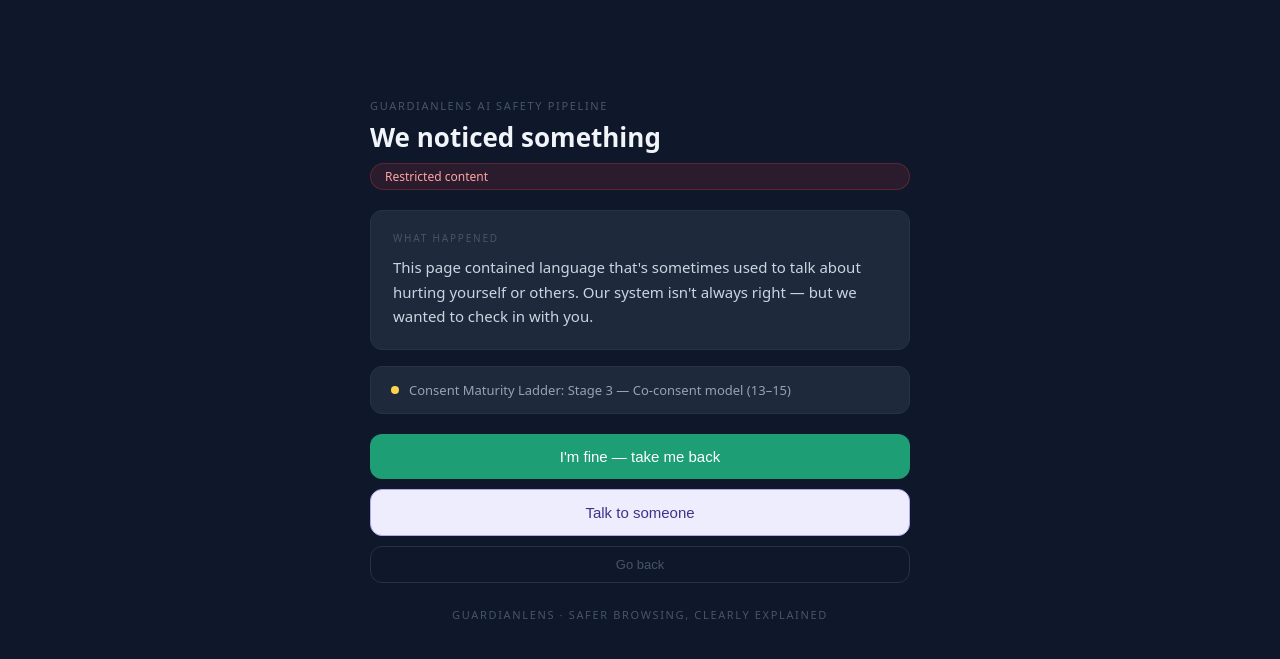
Repository: VerinaAyman/guardiancore
Page: app-extension/blocked.html
An editor plug-in stored every save of this project. The page is shown before and after the next save, followed by the edit.
The browser window is 1280 px wide. The pictures show the whole page.

Above is the page before, as saved 2026-04-08 11:46:46.
Console error: TypeError: Cannot set properties of null (setting 'textContent')

### app-extension/blocked.html
<!doctype html>
<html lang="en">
<head>
  <meta charset="utf-8">
  <meta name="viewport" content="width=device-width, initial-scale=1.0">
  <title>GuardianLens — content check</title>
  <style>
    :root {
      --bg: #0f172a;
      --panel: #1e293b;
      --border: #243445;
      --text: #f1f5f9;
      --text-dim: #94a3b8;
      --text-faint: #475569;
      --teal: #0f6e56;
      --teal-light: #e1f5ee;
      --teal-text: #085041;
      --purple: #534ab7;
      --purple-light: #eeedfe;
      --purple-text: #3c3489;
      --amber: #854f0b;
      --amber-light: #faeeda;
      --amber-text: #633806;
      --radius: 12px;
    }
    * { box-sizing: border-box; margin: 0; padding: 0; }
    body {
      font-family: system-ui, -apple-system, 'Segoe UI', Roboto, sans-serif;
      min-height: 100vh;
      display: flex;
      align-items: center;
      justify-content: center;
      background: var(--bg);
      color: var(--text);
      -webkit-font-smoothing: antialiased;
      padding: 24px;
    }
    .container {
      width: 100%;
      max-width: 540px;
      display: flex;
      flex-direction: column;
      gap: 16px;
    }

    /* Header */
    .header { display: flex; flex-direction: column; gap: 6px; margin-bottom: 4px; }
    .brand { font-size: 11px; letter-spacing: .15em; text-transform: uppercase; color: var(--text-faint); }
    .title { font-size: 26px; font-weight: 600; color: var(--text); }
    .category-pill {
      display: inline-block;
      padding: 4px 14px;
      font-size: 12px;
      font-weight: 500;
      border-radius: 20px;
      background: rgba(239,68,68,.12);
      color: #fca5a5;
      border: 1px solid rgba(239,68,68,.25);
      margin-top: 2px;
    }

    /* Cards */
    .card {
      background: var(--panel);
      border: 1px solid var(--border);
      border-radius: var(--radius);
      padding: 20px 22px;
    }
    .card-label {
      font-size: 10px;
      letter-spacing: .18em;
      text-transform: uppercase;
      color: var(--text-faint);
      margin-bottom: 10px;
    }
    .narrative {
      font-size: 15px;
      line-height: 1.65;
      color: #cbd5e1;
    }

    /* Trigger tokens — XAI layer (Paper 30, 32) */
    .tokens-section { margin-top: 14px; }
    .tokens-label {
      font-size: 10px;
      letter-spacing: .15em;
      text-transform: uppercase;
      color: var(--text-faint);
      margin-bottom: 8px;
    }
    .tokens { display: flex; flex-wrap: wrap; gap: 6px; }
    .token {
      padding: 3px 10px;
      border-radius: 6px;
      font-size: 12px;
      font-weight: 500;
      background: rgba(239,68,68,.1);
      color: #fca5a5;
      border: 1px solid rgba(239,68,68,.2);
    }

    /* Maturity stage */
    .stage-card {
      background: var(--panel);
      border: 1px solid var(--border);
      border-radius: var(--radius);
      padding: 14px 20px;
      font-size: 13px;
      color: var(--text-dim);
      display: flex;
      align-items: center;
      gap: 10px;
    }
    .stage-dot {
      width: 8px; height: 8px;
      border-radius: 50%;
      background: #fcd34d;
      flex-shrink: 0;
    }

    /* Actions */
    .actions { display: flex; flex-direction: column; gap: 10px; margin-top: 4px; }
    .btn {
      width: 100%;
      padding: 14px 20px;
      border-radius: var(--radius);
      font-size: 15px;
      font-weight: 500;
      cursor: pointer;
      border: none;
      transition: opacity .15s;
      text-align: center;
    }
    .btn:hover { opacity: .88; }
    .btn:active { opacity: .75; }
    .btn-back {
      background: #1D9E75;
      color: #fff;
    }
    .btn-help {
      background: var(--purple-light);
      color: var(--purple-text);
      border: 1px solid #afa9ec;
    }
    .btn-go-back-simple {
      background: transparent;
      color: var(--text-faint);
      font-size: 13px;
      padding: 10px;
      border: 1px solid var(--border);
    }

    /* Help panel — shown when child clicks Talk to someone */
    .help-panel {
      background: var(--purple-light);
      border: 1px solid #afa9ec;
      border-radius: var(--radius);
      padding: 20px 22px;
      display: none;
    }
    .help-panel.visible { display: block; }
    .help-panel p {
      font-size: 14px;
      color: var(--purple-text);
      line-height: 1.6;
      margin-bottom: 12px;
    }
    .help-links { display: flex; flex-direction: column; gap: 8px; }
    .help-link {
      font-size: 13px;
      color: var(--purple);
      text-decoration: none;
      padding: 8px 12px;
      background: #fff;
      border-radius: 8px;
      border: 1px solid #cecbf6;
    }
    .help-link:hover { background: #eeedfe; }

    .footer {
      text-align: center;
      font-size: 11px;
      letter-spacing: .15em;
      color: var(--text-faint);
      text-transform: uppercase;
      margin-top: 8px;
    }
  </style>
</head>
<body>
<div class="container">

  <div class="header">
    <span class="brand">GuardianLens AI Safety Pipeline</span>
    <h1 class="title">We noticed something</h1>
    <span class="category-pill" id="category-pill">Restricted content</span>
  </div>

  <div class="card">
    <div class="card-label">What happened</div>
    <p class="narrative" id="narrative">
      This page contained language that's sometimes used to talk about
      hurting yourself or others. Our system isn't always right — but
      we wanted to check in with you.
    </p>
    <div class="tokens-section" id="tokens-section" style="display:none">
      <div class="tokens-label">Why it was flagged</div>
      <div class="tokens" id="tokens-row"></div>
    </div>
  </div>

  <div class="stage-card">
    <div class="stage-dot"></div>
    <span id="stage-label">Consent Maturity Ladder: Stage 3 — Co-consent model (13–15)</span>
  </div>

  <div class="help-panel" id="help-panel">
    <p>You don't have to deal with this alone. Here are some people who can help:</p>
    <div class="help-links">
      <a class="help-link" href="https://www.crisistextline.org" target="_blank">Crisis Text Line — text HOME to 741741</a>
      <a class="help-link" href="https://www.childhelp.org" target="_blank">Childhelp National Hotline — 1-800-422-4453</a>
      <a class="help-link" href="https://www.stopbullying.gov" target="_blank">StopBullying.gov — get help with bullying</a>
    </div>
  </div>

  <div class="actions">
    <button class="btn btn-back" onclick="window.history.back()">I'm fine — take me back</button>
    <button class="btn btn-help" onclick="toggleHelp()">Talk to someone</button>
    <button class="btn btn-go-back-simple" onclick="window.history.back()">Go back</button>
  </div>

  <p class="footer">GuardianLens · safer browsing, clearly explained</p>
</div>
<script src="blocked.js"></script>
</body>
</html>

### app-extension/blocked.js
// Parse URL parameters and display block reason
const params = new URLSearchParams(window.location.search);

const category = params.get("category") || "restricted";
const childMessage = params.get("reason") || "We noticed something on this page that might not be suitable.";
const parentReport = params.get("parent_report") || "";
const stage = parseInt(params.get("stage") || "3");

document.getElementById("category").textContent = category.replace(/_/g, " ");
document.getElementById("child-message").textContent = childMessage;

if (parentReport) {
  document.getElementById("parent-report").textContent = parentReport;
} else {
  document.getElementById("parent-box").style.display = "none";
}

const stageLabels = {
  1: "Stage 1 — Simple guidance (under 10)",
  2: "Stage 2 — Story-based explanation (10-12)",
  3: "Stage 3 — Co-consent model (13-15)",
  4: "Stage 4 — Mature autonomy (16-17)"
};
document.getElementById("stage-box").textContent =
  "Consent Maturity Ladder: " + (stageLabels[stage] || "Stage 3");

After the next save:
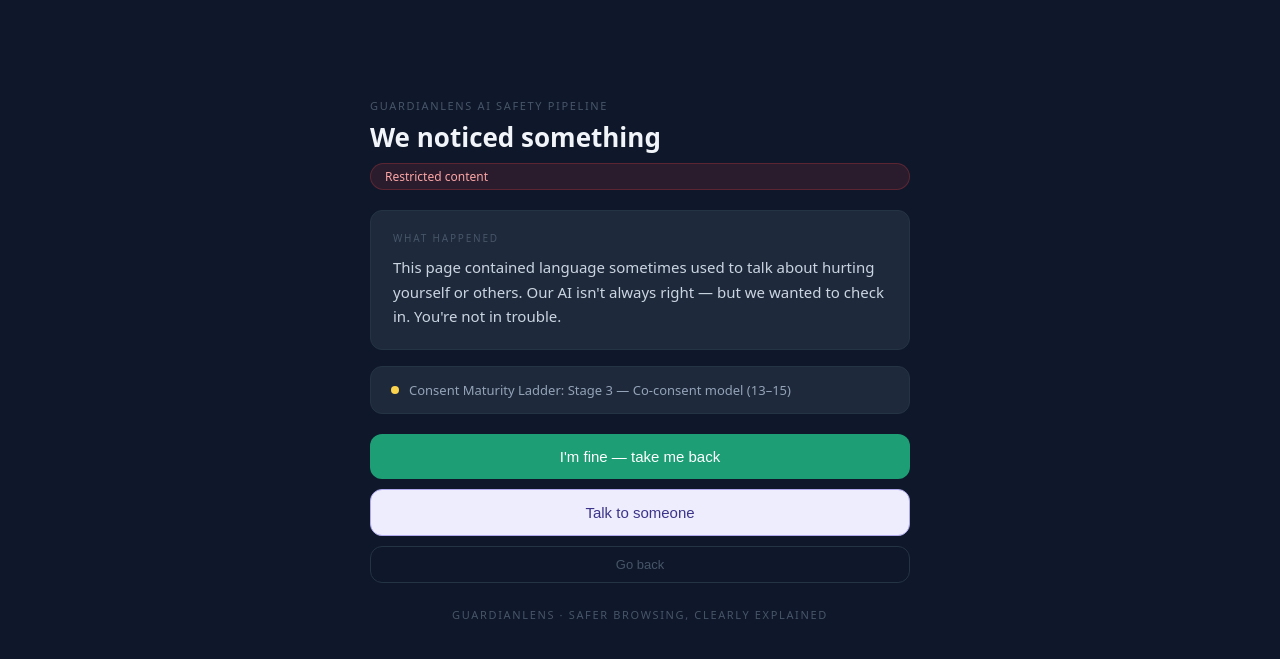
The error is gone.
Saved 35 s later.
--- a/app-extension/blocked.js
+++ b/app-extension/blocked.js
@@ -1,25 +1,50 @@
-// Parse URL parameters and display block reason
 const params = new URLSearchParams(window.location.search);
 
-const category = params.get("category") || "restricted";
-const childMessage = params.get("reason") || "We noticed something on this page that might not be suitable.";
-const parentReport = params.get("parent_report") || "";
-const stage = parseInt(params.get("stage") || "3");
+const category    = params.get("category") || "Restricted content";
+const reason      = params.get("reason")   || "";
+const tokens      = params.get("tokens")   || "";   // comma-separated trigger words
+const stage       = parseInt(params.get("stage") || "3");
+// NOTE: parent_report param is intentionally NOT displayed here.
+// It is sent to the parent via email by the backend (Paper 26 — dignity gap fix).
 
-document.getElementById("category").textContent = category.replace(/_/g, " ");
-document.getElementById("child-message").textContent = childMessage;
+// ── Category pill ──
+document.getElementById("category-pill").textContent = category;
 
-if (parentReport) {
-  document.getElementById("parent-report").textContent = parentReport;
-} else {
-  document.getElementById("parent-box").style.display = "none";
+// ── Narrative — stage-aware (Paper 32 DAD framework) ──
+const narratives = {
+  1: "This page had some content that isn't right for you right now. It's totally okay — just go back and explore something else!",
+  2: "Our system noticed this page might have some grown-up or upsetting content. If anything felt weird or scary, it's okay to talk to someone you trust.",
+  3: "This page contained language sometimes used to talk about hurting yourself or others. Our AI isn't always right — but we wanted to check in. You're not in trouble.",
+  4: "We flagged content on this page that may relate to harm, hate speech, or adult material. You have the right to know why — see the trigger words below. If anything doesn't seem right, you can flag it as a false positive.",
+};
+const narrative = reason || narratives[stage] || narratives[3];
+document.getElementById("narrative").textContent = narrative;
+
+// ── Trigger tokens (XAI layer — Papers 30, 32) ──
+// Show for Stage 3+ so older children understand WHY, not just THAT
+if (tokens && stage >= 3) {
+  const tokensRow = document.getElementById("tokens-row");
+  tokens.split(",").forEach(tok => {
+    const span = document.createElement("span");
+    span.className = "token";
+    span.textContent = tok.trim();
+    tokensRow.appendChild(span);
+  });
+  document.getElementById("tokens-section").style.display = "block";
 }
 
+// ── Stage label ──
 const stageLabels = {
   1: "Stage 1 — Simple guidance (under 10)",
-  2: "Stage 2 — Story-based explanation (10-12)",
-  3: "Stage 3 — Co-consent model (13-15)",
-  4: "Stage 4 — Mature autonomy (16-17)"
+  2: "Stage 2 — Story-based explanation (10–12)",
+  3: "Stage 3 — Co-consent model (13–15)",
+  4: "Stage 4 — Mature autonomy (16–17)",
 };
-document.getElementById("stage-box").textContent =
-  "Consent Maturity Ladder: " + (stageLabels[stage] || "Stage 3");
+document.getElementById("stage-label").textContent =
+  "Consent Maturity Ladder: " + (stageLabels[stage] || stageLabels[3]);
+
+// ── Help panel toggle (Paper 5 FR2 — help button gap) ──
+function toggleHelp() {
+  const panel = document.getElementById("help-panel");
+  panel.classList.toggle("visible");
+}
